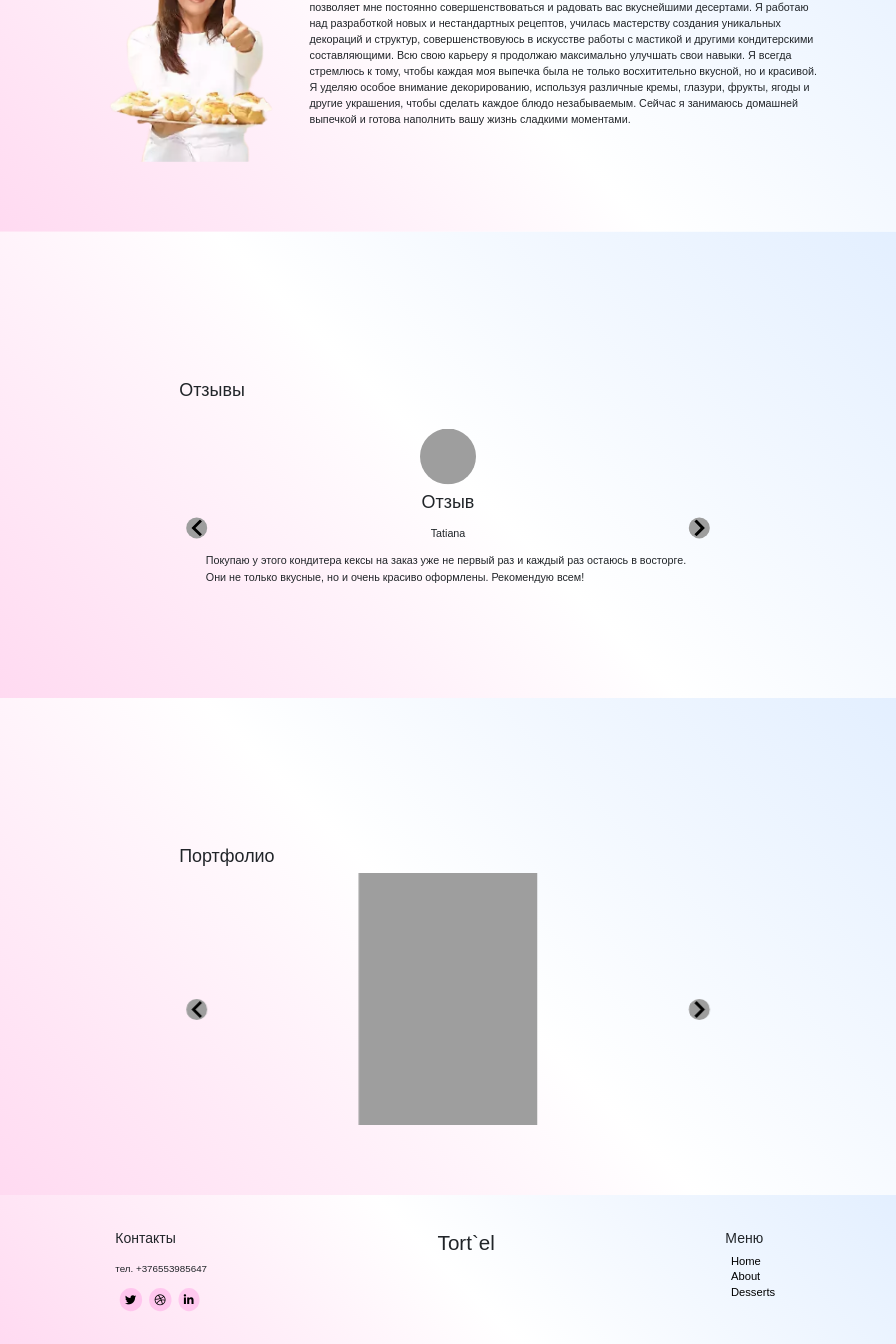
Repository: KseniaEryze/DiplomToday
Page: /about
These files come from the project's save history. The page is drawn as it stood at one moment and after the next save; the edit follows.
The browser window is 1280 px wide. The pictures show the part of the page from y = 753 to 2673 px (the page is 2673 px tall), at 70% of full size.
Pictures or frames that could not be fetched are drawn as grey boxes. The page's requests for data from a server got no answer. The project was rebuilt for these pictures with package versions that can differ from the ones it lists, and the page was loaded fresh each time. No one was signed in, and anything a server would have sent is missing. Also part of the build but not shown: src/App.css, src/components/Categories/categories.css, src/components/Categories/Categories.jsx, src/pages/Desserts/css/main.css, src/pages/Desserts/Calculation.jsx, src/components/Popap/modal.css, src/components/Popap/ItemPoap.jsx, src/components/ItemProduct/item.css and 16 more.

Above is the page before, as saved 2024-09-10 13:36:30.

### public/index.html
<!DOCTYPE html>
<html lang="en">
  <head>
    <meta charset="utf-8" />
    <link rel="stylesheet" href="https://stackpath.bootstrapcdn.com/bootstrap/4.1.3/css/bootstrap.min.css" integrity="sha384-MCw98/SFnGE8fJT3GXwEOngsV7Zt27NXFoaoApmYm81iuXoPkFOJwJ8ERdknLPMO" crossorigin="anonymous">
    <link rel="stylesheet" href="https://cdnjs.cloudflare.com/ajax/libs/font-awesome/5.15.1/css/all.min.css" integrity="sha512-+4zCK9k+qNFUR5X+cKL9EIR+ZOhtIloNl9GIKS57V1MyNsYpYcUrUeQc9vNfzsWfV28IaLL3i96P9sdNyeRssA==" crossorigin="anonymous" />

    <link rel="icon" href="%PUBLIC_URL%/favicon.ico" />
    <meta name="viewport" content="width=device-width, initial-scale=1" />
    <meta name="theme-color" content="#000000" />
    <meta
      name="description"
      content="Web site created using create-react-app"
    />
    <link rel="apple-touch-icon" href="%PUBLIC_URL%/logo192.png" />
    <!--
      manifest.json provides metadata used when your web app is installed on a
      user's mobile device or desktop. See https://developers.google.com/web/fundamentals/web-app-manifest/
    -->
    <link rel="manifest" href="%PUBLIC_URL%/manifest.json" />
    <!--
      Notice the use of %PUBLIC_URL% in the tags above.
      It will be replaced with the URL of the `public` folder during the build.
      Only files inside the `public` folder can be referenced from the HTML.

      Unlike "/favicon.ico" or "favicon.ico", "%PUBLIC_URL%/favicon.ico" will
      work correctly both with client-side routing and a non-root public URL.
      Learn how to configure a non-root public URL by running `npm run build`.
    -->
    <title>React App</title>
  </head>
  <body>
    <noscript>You need to enable JavaScript to run this app.</noscript>
    <div id="root"></div>
    <!--
      This HTML file is a template.
      If you open it directly in the browser, you will see an empty page.

      You can add webfonts, meta tags, or analytics to this file.
      The build step will place the bundled scripts into the <body> tag.

      To begin the development, run `npm start` or `yarn start`.
      To create a production bundle, use `npm run build` or `yarn build`.
    -->
  </body>
</html>

### src/index.js
import React from 'react';
import ReactDOM from 'react-dom/client';
import './index.css';
import App from './App';
import {BrowserRouter, BrowserRouter as Router} from 'react-router-dom'
import { Provider } from 'react-redux';
import {store}  from 'store';
import './firebase';
import Footer from 'Footer/Footer';




const root = ReactDOM.createRoot(document.getElementById('root'));
root.render(
  <React.StrictMode>
   <BrowserRouter>
    <Provider store = {store}>

          <App />
          <Footer></Footer>

    </Provider>
   </BrowserRouter>
</React.StrictMode>


);

### src/index.css

html, body, div, span, applet, object, iframe,
h1, h2, h3, h4, h5, h6, blockquote, pre,
a, abbr, acronym, address, big, cite, code,
del, dfn, em, img, ins, kbd, q, s, samp,
small, strike, strong, sub, sup, tt, var,
b, u, i, center,
dl, dt, dd, ol, ul, li,
fieldset, form, label, legend,
table, caption, tbody, tfoot, thead, tr, th, td,
article, aside, canvas, details, embed,
figure, figcaption, header, hgroup,
menu, nav, output, ruby, summary,
time, mark, audio, video {
	margin: 0;
	padding: 0;
	border: 0;
	/* font-size: 100%;
	font: inherit; */
	vertical-align: baseline;
}
article, aside, details, figcaption, figure,
footer, header, hgroup, menu, nav, section {
	display: block;
}
html {
	height: 100%;
}
body {
	line-height: 1;
}
ol, ul {
	list-style: none;
}
blockquote, q {
	quotes: none;
}
blockquote:before, blockquote:after,
q:before, q:after {
	content: '';
	content: none;
}
table {
	border-collapse: collapse;
	border-spacing: 0;
}
body {
  margin: 0;
  font-family: -apple-system, BlinkMacSystemFont, 'Segoe UI', 'Roboto', 'Oxygen',
    'Ubuntu', 'Cantarell', 'Fira Sans', 'Droid Sans', 'Helvetica Neue',
    sans-serif;
  -webkit-font-smoothing: antialiased;
  -moz-osx-font-smoothing: grayscale;
}

code {
  font-family: source-code-pro, Menlo, Monaco, Consolas, 'Courier New',
    monospace;
}

h1{
  padding: 20px 0;
  font-size: 4vw;
}
h2 ,h3 ,h4{
  padding: 10px 0;
  font-size: 2vw;
}
h3{
    font-size: 2.3vw;
}
h4{
    font-size:20px
}
p{
	font-size: 1.2vw;
	line-height: 1.8vw;

}

button a{
	color: aliceblue;
}

*{
	font-family: "Philosopher", sans-serif;
	font-weight: 400;
	font-style: normal;
}

.pagination-container {
    margin: 3vw 3vw;
}

section{}
@import url('https://fonts.googleapis.com/css2?family=Philosopher:ital,wght@0,400;0,700;1,400;1,700&display=swap');

@media(max-width: 500px) {
	h1{
        font-size: 7vw;
    }
}

@media(max-width: 900px) {
	h1{
        font-size: 5vw;
    }
}

### src/store/index.js
import { configureStore } from "@reduxjs/toolkit";
import userReducer from '../store/slices/userSlice'
import cakeReducer from '../store/slices/cakeSlice'


export const store = configureStore({
    reducer: {
        user: userReducer,
        cake: cakeReducer
    }
});

### src/firebase.js
import {initializeApp} from 'firebase/app'

const firebaseConfig = {
    apiKey: process.env.REACT_APP_FIREBASE_API_KEY,
    authDomain: process.env.REACT_APP_FIREBASE_AUTH_DOMAIN,
    projectId: process.env.REACT_APP_FIREBASE_PROJECT_ID,
    storageBucket: process.env.REACT_APP_FIREBASE_STORAGE_BUSCKET,
    messagingSenderId: process.env.REACT_APP_FIREBASE_MESSAGING_SENGER_ID,
    appId: process.env.REACT_APP_FIREBASE_APP_ID
}

const app = initializeApp(firebaseConfig)

### src/Footer/Footer.jsx
import React from 'react'
import { Link } from 'react-router-dom'
import './footer.css'

function Footer() {
  return (

    <footer>
      <div className='footer'>
      <div> <h4>Контакты</h4>
        <div>
          <p>тел.   +376553985647</p>

          <ul class="social-icons">
            <li><a class="twitter" href="#"><i class="fab fa-twitter"></i></a></li>
            <li><a class="dribbble" href="#"><i class="fab fa-dribbble"></i></a></li>
            <li><a class="linkedin" href="#"><i class="fab fa-linkedin-in"></i></a></li>
          </ul>
        </div>
      </div>


      <div>
        <h3>Tort`el</h3>
      </div>
      <div>
        <h4>Меню</h4>
        <ul>
             <li>
                 <Link to="/">Home</Link>
             </li>
             <li>
               <Link to="/about">About</Link>
             </li>
             <li>
                 <Link to="/desserts">Desserts</Link>
             </li>

         </ul>

      </div>
       </div>
    </footer>

  )
}

export default Footer

### src/pages/About/About.jsx
import React from 'react'
import photo from '../About/img/photo.png'
import Slider from 'components/Slider/Slider';
import '../../components/Slider/main.css'

import Footer from 'Footer/Footer';
import './about.css'
import Gallery from 'components/Galery/Gallery';
function About() {


  return (

    <div className='wrapper-about'>
        <div className='about-header'>
            <h1>О нас</h1>
            <p>Описаие нас и наших преимуществ</p>
        </div>

        <section className='wrapper-about_info'>
            <img src={photo}></img>
            <div>
                <h3>Немного обо мне</h3>
                <p> Меня зовут Татьяна, я являюсь опытным кондитером с более чем десятью годами успешной практики в этой замечательной профессии. Моя страсть к кондитерскому искусству началась еще в детстве и позволяет мне постоянно совершенствоваться и радовать вас вкуснейшими десертами.
                    Я работаю над разработкой новых и нестандартных рецептов, училась мастерству создания уникальных декораций и структур, совершенствовуюсь в искусстве работы с мастикой и другими кондитерскими составляющими. Всю свою карьеру я продолжаю максимально улучшать свои навыки.
                    Я всегда стремлюсь к тому, чтобы каждая моя выпечка была не только восхитительно вкусной, но и красивой. Я уделяю особое внимание декорированию, используя различные кремы, глазури, фрукты, ягоды и другие украшения, чтобы сделать каждое блюдо незабываемым. Сейчас я занимаюсь домашней выпечкой и готова наполнить вашу жизнь сладкими моментами.
                </p>
            </div>

        </section>

        <section>
        <div className='wrapper-center'>
             <Slider></Slider>
        </div>


        </section>

        <section>

            <div className='wrapper-center'>
                <Gallery></Gallery>
            </div>
        </section>





    </div>

  )
}

export default About

### src/Header/Header.jsx
import React, { useState } from 'react'
import { Link } from 'react-router-dom'
import logo from './img/logoBlack.png'
import './header.css'
import menu from './img/hamburger.png'

function Header() {
  const [accountAuth, setAccountAuth] = useState(false)
  const [isOpen, setIsOpen] = useState()
  return (
    <div className='header'>

      <div className='logo'>
          <img  src={logo}/>
      </div>

      <nav className={`header_nav ${isOpen ? `active` : ``}`}>
          <ul className='header_nav-list'>
             <li className='header_nav-item'>
                 <Link to="/">Главная</Link>
             </li>

             <li className='header_nav-item'>
               <Link to="/about">О нас</Link>
             </li>

             <li className='header_nav-item'>
               <Link to="/contacts">Контакты</Link>
             </li>
              <li className='header_nav-item wrapper-login'>
                <Link to="/register" accountAuth={accountAuth}>Регистрация</Link>
              </li>
              <li className='header_nav-item'>
                <Link to="/login"> Авторизация </Link>
              </li>
            </ul>
         </nav>
         <button className='header_menu-button' onClick={() => setIsOpen(!isOpen)}></button>
     </div>
   )
 }

 export default Header

### src/Footer/footer.css
li{
    padding: 3px 0px;
}
.social-icons {
    text-align: right;
    display: flex;
    justify-content: flex-start;
    align-items: center;
    }
 .social-icons a {
    width: 40px;
    height: 40px;
    line-height: 40px;
    margin-right: 10px;
    border-radius: 100%;
    background-color: #ff5ed73d;

    }

    .social-icons:nth-child(n + 2){
        margin-left: 6px;
    }

    footer p {
        margin: 10px 0 ;
        font-size: 14px;
    }
    footer{
        padding: 20px 0;
    }

### src/components/Slider/Slider.jsx
import React from 'react';
import { Fade } from 'react-slideshow-image';
import 'react-slideshow-image/dist/styles.css'
import './main.css'

function Slider() {
    // const [people, setPeople] = useState(props)
    // const [index, setIndex] = useState(0)
const fadeImages = [
  {
    url: 'https://images.unsplash.com/photo-1509721434272-b79147e0e708?ixlib=rb-1.2.1&ixid=eyJhcHBfaWQiOjEyMDd9&auto=format&fit=crop&w=1500&q=80',
    caption: 'Отзыв',
    namePeople:'Ksenia',
    quole: "Я заказывала торт на день рождения у этого кондитера и осталась очень довольна! Торт был не только красиво оформлен, но и вкусный до последней крошки. Спасибо за отличное качество и профессиональный подход!"
  },
  {
    url: 'https://images.unsplash.com/photo-1506710507565-203b9f24669b?ixlib=rb-1.2.1&ixid=eyJhcHBfaWQiOjEyMDd9&auto=format&fit=crop&w=1536&q=80',
    caption: 'Отзыв',
    namePeople:'Tatiana',
    quole: "Покупаю у этого кондитера кексы на заказ уже не первый раз и каждый раз остаюсь в восторге. Они не только вкусные, но и очень красиво оформлены. Рекомендую всем!"

  },
  {
    url: 'https://images.unsplash.com/photo-1536987333706-fc9adfb10d91?ixlib=rb-1.2.1&ixid=eyJhcHBfaWQiOjEyMDd9&auto=format&fit=crop&w=1500&q=80',
    caption: 'Maks',
    namePeople:'Отзыв',
    quole: "Заказывала у этого кондитера свадебный торт и не могла быть счастливее с результатом! Торт выглядел просто потрясающе, а вкус был просто божественный. Спасибо за ваш талант и профессионализм!"

  },
];

  return (
    <div className="slide-container">
        <h2>Отзывы</h2>
      <Fade>
        {fadeImages.map((fadeImage, index) => (
          <div className='wrapper-slide' key={index}>
            <img className='slide-imade' src={fadeImage.url} />
            <h2>{fadeImage.caption}</h2>
            <p>{fadeImage.namePeople}</p>
            <p>{fadeImage.quole}</p>
          </div>
        ))}
      </Fade>
    </div>
  )
}

export default Slider

### src/components/Slider/main.css
.wrapper-slide{
    display: flex;
    justify-content: center;
    flex-direction: column;
    align-items: center;

    padding: 30px;
}
button{
    padding: 0%;
    margin: 0;
}

.react-slideshow-container .default-nav:last-of-type {
    margin-left: -30px;
    background: rgb(0, 0, 0);
}

.wrapper-slide p{
    margin: 8px;
    padding: 0px;
}
.slide-imade{
    width: 80px;
    height: 80px;
    border-radius: 100%;
}

.react-slideshow-container .default-nav:last-of-type {
    margin-left: -30px;

    /* background: url(./img/icons8-стрелка-100\ \(2\).png) no-repeat; */
}

.react-slideshow-container .default-nav:first-of-type {

    /* background: url(./img/icons8-стрелка-100\ \(3\).png)no-repeat; */
}
/* .react-slideshow-container {
    background-color: black;
    color: aliceblue;
} */
.slide-container button{

    padding: 0px 0px;
    margin-right: 10px;
    margin-top: 30px;
}

### src/pages/About/about.css


.about-header{
    width: 100%;
    height: 500px;
    background: url('../Home/img/tort-muss-iagody-malina-rozy-desert.jpg') no-repeat;
    background-size: cover;


    display: flex;
    justify-content: center;
    flex-direction: column;
    padding-left: 15vw;
}

.wrapper-about_info h1{
    margin: 30px 0px;


}
.wrapper-about_info p{
    margin: 30px 0px;

}



.wrapper-about_info{
     display: flex;
    justify-content: space-around;
    align-items: center;
    padding: 100px;
}



.wrapper-about_info img{
    width: 40vw;
    height: 30vw;
}

### src/components/Galery/Gallery.jsx
import React from 'react';
import { Fade } from 'react-slideshow-image';
import 'react-slideshow-image/dist/styles.css'
import './main.css'
import ho from "../../pages/About/img/tort1.png"
import cake from './cakeImg/photo_2024-09-10_13-28-16.jpg'
import cake1 from './cakeImg/photo_2024-09-10_13-28-33.jpg'
import cake2 from './cakeImg/photo_2024-09-10_13-28-45.jpg'

const images = [
    {
      src: ho,
     },
    {
        src: {cake},

    },
    {
        src: {cake1},

    },
    {
      src: {cake2},

  },
  ];

function Gallery() {
  return (
    <div className="slide-container">
        <h2>Портфолио</h2>
      <Fade>
        {images.map((fadeImage, index) => (
          <div className='wrapper-gallery' key={index}>
            <img className='slide-image' src={fadeImage.src} />

          </div>
        ))}
      </Fade>
    </div>
  )
}

export default Gallery

### src/Header/header.css

.header{
    position: fixed;
    left: 0;
    top: 0;
    display: flex;
    align-items: center;
    width: 100%;
    padding: 0px 20px;
    height: 50px;
    background-color: white;
    box-shadow: 0 0 4px 4px rgba(136, 136, 136, 0.322);
    z-index: 1;
    color: black;
}

.header_nav{
    margin-left: auto;
    margin-right: 50px;
}

.header_nav-list{
    display: flex;
    list-style: none;
}

.header_nav-item{
    font-size: 14px;
    line-height: 1;
    color: black;
}

.header_nav-item:nth-child(n + 2){
    margin-left: 20px;
}

.header_menu-button{
    display: none;
}

@media(max-width: 576px){
.header_nav.active{
        transform: translateX(225px);
    }

    .header_nav{
        position: fixed;
        top: 0;
        left: -225px;
        display: flex;
        flex-direction: column;
        width:225px;
        height: 100%;
        background-color: white;
        border-radius: 16px 0 16px 0;
        transition-timing-function: linear;
    };

    .header_nav-list{
        display: flex;
        list-style: none;
    }

    .header_nav-list{
        flex: 1;
        display: flex;
        flex-direction: column;
        padding-top: 40px;
        padding-left: 60px;
    }

    .header_nav-item{
        margin: 10px 0px;
    }
    .header_nav-item:nth-child(n + 2){
        margin-left: 0;
    }

    .header_menu-button{
        display: block;
        margin: 0 11vw 0 auto;
        width: 24px;
        height: 24px;
        background-image: url(./img/hamburger.png);
        padding: 0;
        border: 0;
    }

}

### src/pages/Home/main.css
.footer{
    width: 100%;
    display: flex;
    justify-content: space-around;
    align-items: start;
    margin: 0;
    padding: 20px 0;
}
section{
    padding-top: 100px;
}
section, footer{
    background: -webkit-linear-gradient(45deg, rgb(255, 218, 241), rgb(255, 255, 255), rgb(227, 239, 255));
    background: -moz-linear-gradient(45deg, rgb(255, 218, 241), rgb(255, 255, 255), rgb(227, 239, 255));
    background: linear-gradient(45deg, rgb(255, 218, 241), rgb(255, 255, 255), rgb(227, 239, 255));



}
button{
    border: none;
    background-color: #362361cc;
    /* #928d3c */
    color: white;
    padding: 15px 30px;
    margin-right: 10px;

}
.block_header{
    background: url('./img/tort-muss-iagody-malina-rozy-desert.jpg') no-repeat;
    background-size: cover;
    height: 600px;
    padding-top: 0;

    display: flex;
    justify-content: start;
    align-items: center;
}

.block_header-info{
    margin-left: 200px;

}



.category{
    display: flex;
    justify-content: center;
    align-items: center;
    flex-direction: column;

}

.category_list{
    display: flex;
    justify-content: center;

    margin: 0 100px;

}




.advantages{
    display: flex;
    justify-content: center;
    align-items: center;


    background: -webkit-linear-gradient(45deg, rgb(255, 218, 241), rgb(255, 255, 255),rgb(255, 218, 241) rgb(227, 239, 255));
    background: -moz-linear-gradient(45deg, rgb(255, 218, 241), rgb(255, 255, 255), rgb(227, 239, 255));
    background: linear-gradient(120deg, rgb(255, 218, 241), rgb(255, 255, 255), rgb(227, 239, 255));

}
.advantages .order{
    background: url('./img/Без\ имени-1.png') no-repeat;
    background-size: cover;
    width: 380px;
    height: 415px;

}
.advantages p{
     word-wrap:break-word
}
.order{

    color: black;
    display: flex;
    justify-content: center;
    align-items: center;
    flex-direction: column;
    margin-left: 100px;
}

.description-list_point{
    display: flex;

    align-items: center;
}
.description-list_point img{
    margin-right: 25px;
    width: 50PX;
}



.tabs_wrapper{
    display: flex;
    justify-content: center;
    align-items: center;
    width: 100%;
}



.footerLogo{
    width: 200px;
}


.block_header-info{
    color: rgb(41, 41, 41);
}
@media (max-width: 800px) {
.calculation{
    display:none;
    visibility: hidden;
}
.wrapper-home{
    width: 100vw;
}
.menu{
    display: none;
}
}

@media(max-width: 500px){
    .block_header-info{
        margin-left: 15vw;
    }
   .block_header{
        height: 400px;
   }
}

### src/components/Authorization/main.css
.wrapper-center, .authorization-form {
    display: flex;
    justify-content: center;
    flex-direction: column;
}
.wrapper-center{
    padding-top: 100px;
    align-items: center;
    width: 100%;
    padding-bottom: 100px;
}
.authorization-form {
   width: 35vw;
}
input{

    padding: 2vh 3vw;
    margin: 5px;
}
button{
	margin: 20px 10px;
    padding: 1vh 2vw;
}

### src/Admin/page/adminMain.css
header,
main {
  padding-left: 240px;
}

body {
  background: white;
}

@media only screen and (max-width: 992px) {
  header,
  main,
  footer {
    padding-left: 0;
  }
}
a{
    text-decoration: none;
}

#credits li,
#credits li a {
  color: white;
}

#credits li a {
  font-weight: bold;
}

.footer-copyright .container,
.footer-copyright .container a {
  color: #BCC2E2;
}

.fab-tip {
  position: fixed;
  right: 85px;
  padding: 0px 0.5rem;
  text-align: right;
  background-color: #323232;
  border-radius: 2px;
  color: #FFF;
  width: auto;
}


.main {
  height: 400px;
  padding: 10px;
}

.dropdown_button {
  border: none;
  cursor: pointer;
  width: 200px;
  font-family: montserrat;
  border: 1px solid #ffffff;
}

.courses {
  display: none;
  position: absolute;
  background-color: #f1f1f1;
  min-width: 200px;
  box-shadow: 0px 8px 16px 0px rgba(0, 0, 0, 0.2);
  z-index: 1;
}

.courses li {

  text-decoration: none;
  display: block;
  list-style: none;
  background-color: rgb(47, 47, 47);
  font-family: montserrat;
  border: 1px solid white;
}

.courses li a {
  text-decoration: none;
  color: white;
  display: block;
  padding: 5px;
}

.courses li:hover {
  background-color: #0979ad;
  color: white;
}

.admin-form{
  display: flex;
  justify-content: center;
  flex-direction: column;
  align-items: center;
  margin-top: 80px;
}

.admin-text_item{
  width: 300px;
  display: flex;
  justify-content: space-around;
  align-items: center;
  margin: 10px;
}

.admin-text_item input,label{
  width: 80px;
  margin: 5px;
}
.wrapper-adminPage{
  display: flex;
  margin: 20px;
  border: 1px solid rgba(0, 0, 0, 0.158);
  padding-right: 50px;

  border-radius: 30px ;
}


.wrapper-adnin_categorisMenu{
  display: flex;
  justify-content: space-between ;
}

### src/components/Galery/main.css
.wrapper-gallery{
    display: flex;
    justify-content: center;
    align-items: center;
}
.slide-container{
    width: 60%;

}
.slide-image{
    width: 20vw;
    height: 50vh;

}

.react-slideshow-container .default-nav:last-of-type {
    margin-left: -40px;

    background: url(../Slider/img/icons8-стрелка-100\ \(2\).png) no-repeat;
}

.react-slideshow-container .default-nav:first-of-type {
    background: url(../Slider/img/icons8-стрелка-100\ \(3\).png);
}

### src/Admin/page/AdminHeader/header.css

.menu{
    display: flex;
    justify-content: space-around;
    align-items: center;
}

.menu li,a{
    list-style: none;
    text-decoration: none;
    padding: 8px;
    color: rgb(0, 0, 0);
}

.admin-wrapper_menu{
    margin-right: 100px;
    background-color: #36236156;
    color: rgb(41, 41, 41);
    border-radius: 30px 0px 0px 30px;
    padding: 30px;
    width: 12vw;
}
/* .admin-wrapper_menu li{
    border: 1px solid black;
} */

.wrapper-content{
    padding: 70px;
}

Loaded but not shown: src/App.js (38 lines, source omitted); src/store/slices/cakeSlice.js (32 lines, source omitted); src/store/slices/userSlice.js (33 lines, source omitted)

After the next save:
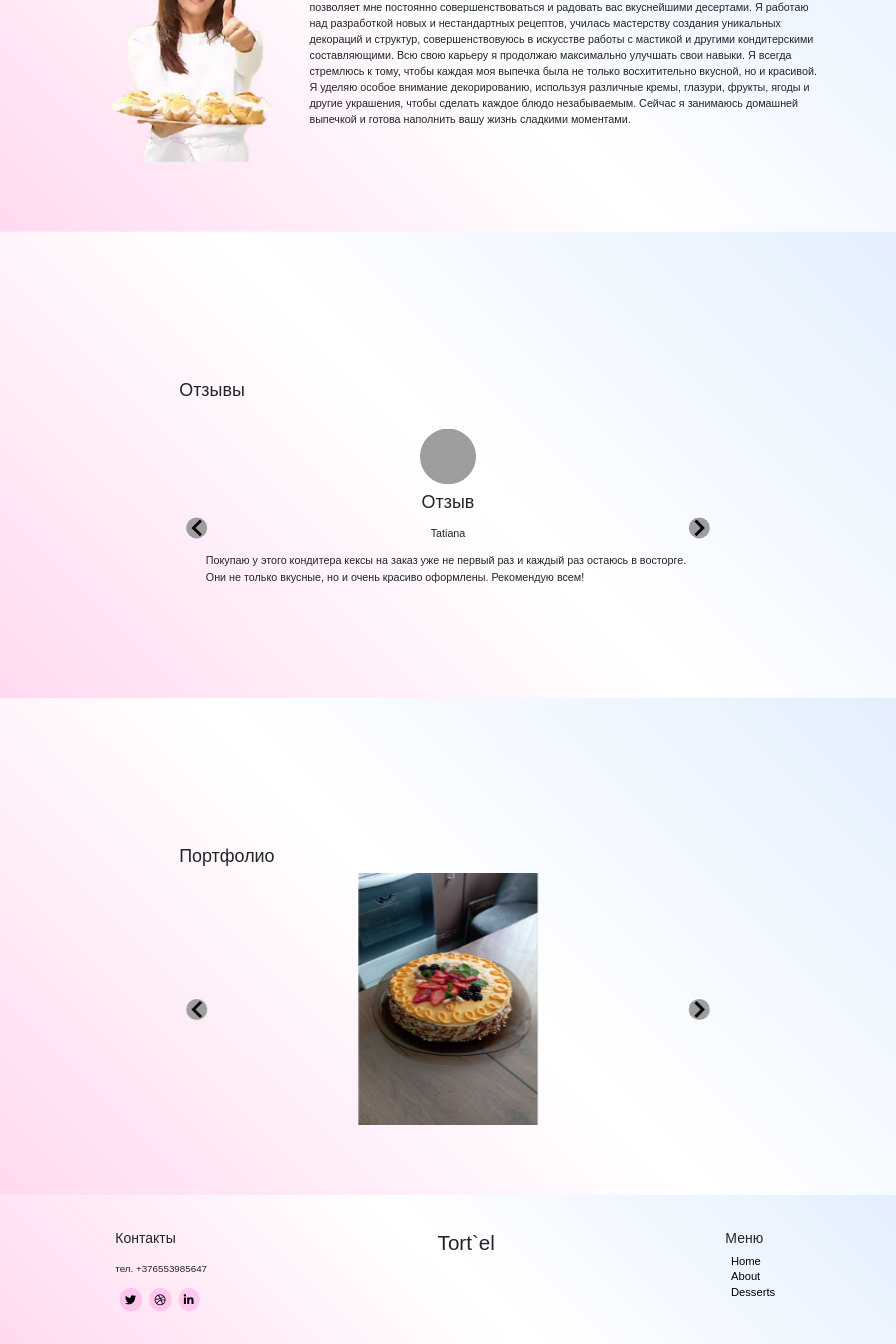
Saved 63 s later.
--- a/src/components/Galery/Gallery.jsx
+++ b/src/components/Galery/Gallery.jsx
@@ -12,15 +12,15 @@ const images = [
       src: ho,
      },
     {
-        src: {cake},
+        src: cake,
 
     },
     {
-        src: {cake1},
+        src: cake1,
 
     },
     {
-      src: {cake2},
+      src: cake2,
 
   },
   ];
